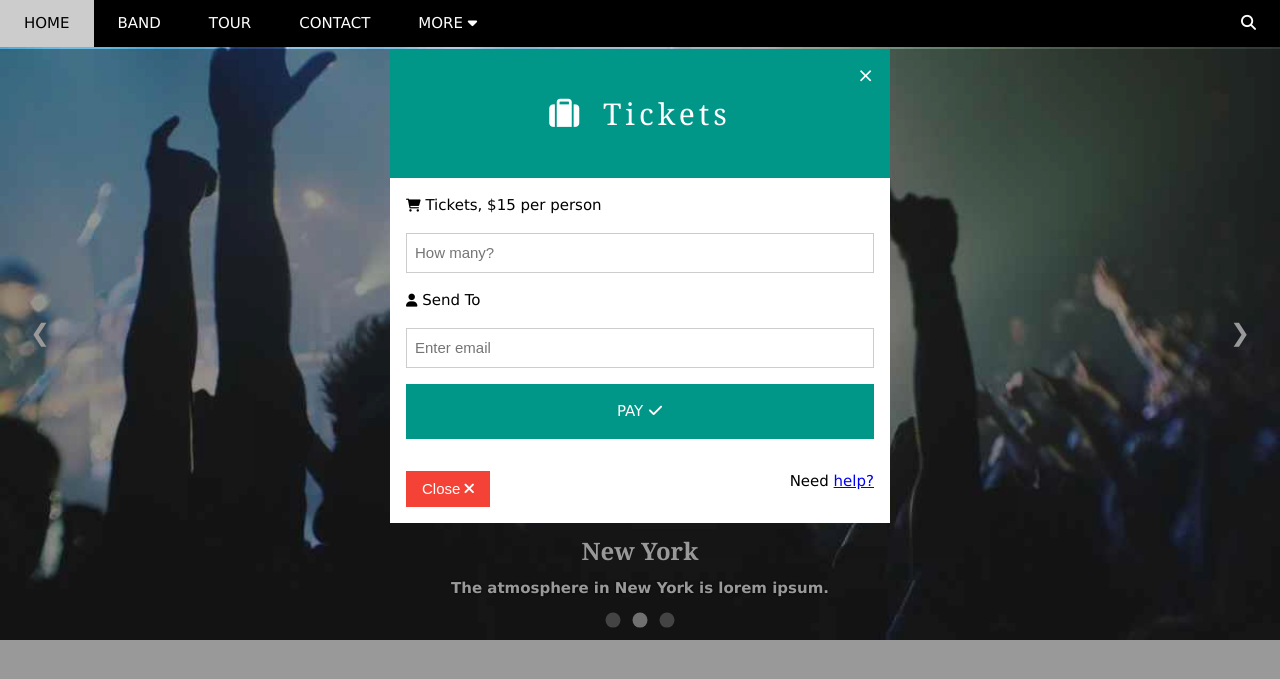
Repository: tam1512/The-Band
Page: index.html
An editor plug-in stored every save of this project. The page is shown before and after the next save, followed by the edit.
The browser window is 1280 px wide. The pictures show the window.
A layer covers the whole window, so only the first screen is drawn. Some web libraries are served in a nearby version.

Above is the page before, as saved 2022-07-24 11:01:58.

After the next save:
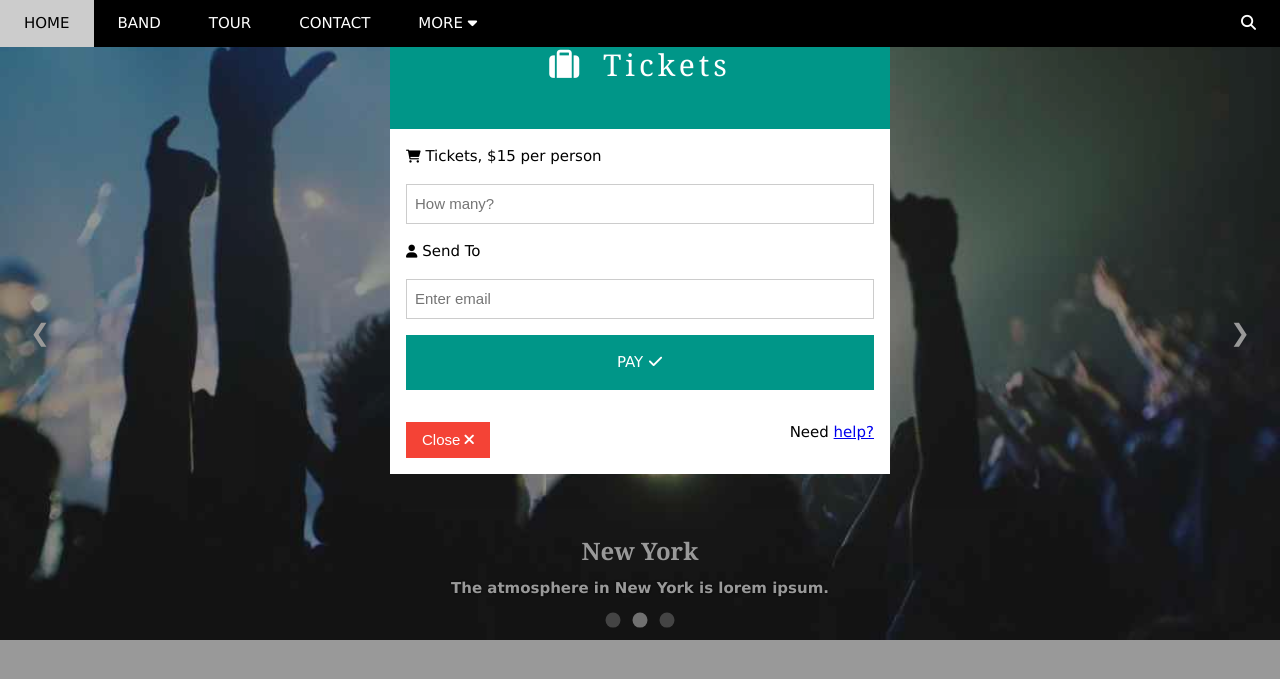
Saved 18 s later.
--- a/assets/css/style.css
+++ b/assets/css/style.css
@@ -387,7 +387,7 @@ li.header_nav_dropdown {
 /* ticket modal */
 #ticketModal {
   position: fixed;
-  top: 49px;
+  top: 0;
   right: 0;
   bottom: 0;
   left: 0;

After the save that followed:
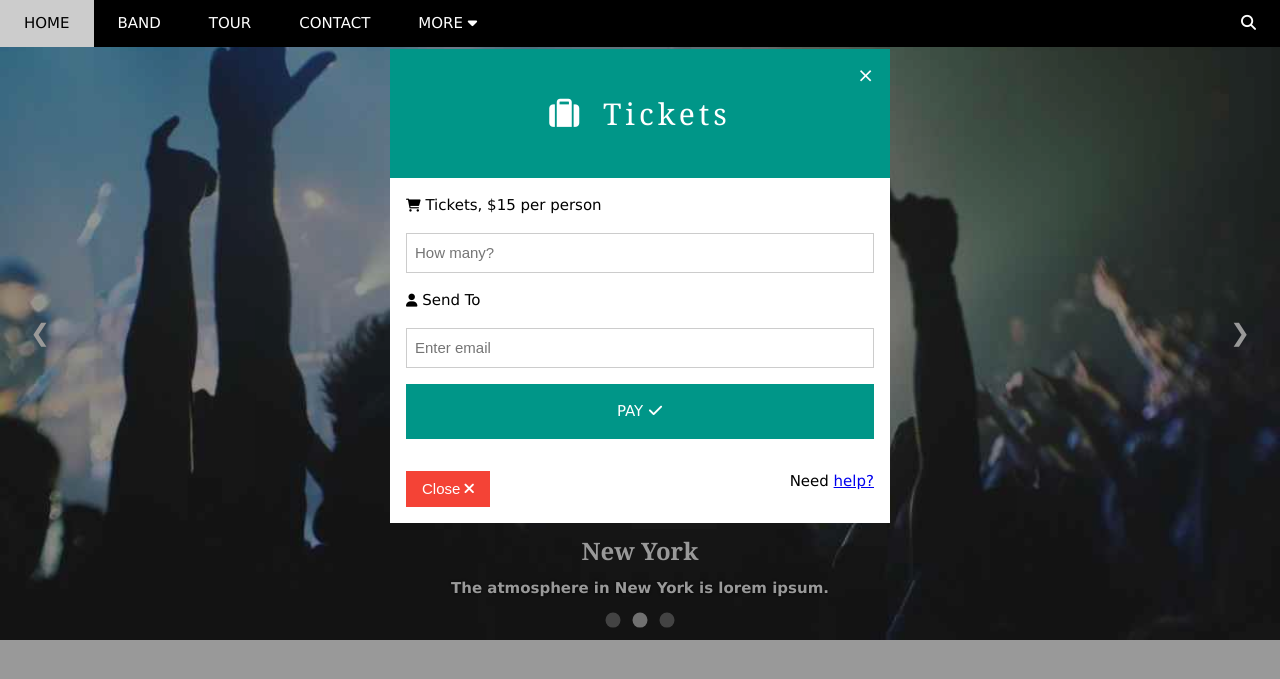
Saved 9 s later.
--- a/assets/css/style.css
+++ b/assets/css/style.css
@@ -397,6 +397,7 @@ li.header_nav_dropdown {
 
 .ticket-content {
   position: relative;
+  top: 49px;
   width: 500px;
   margin: auto;
   background-color: #fff;
